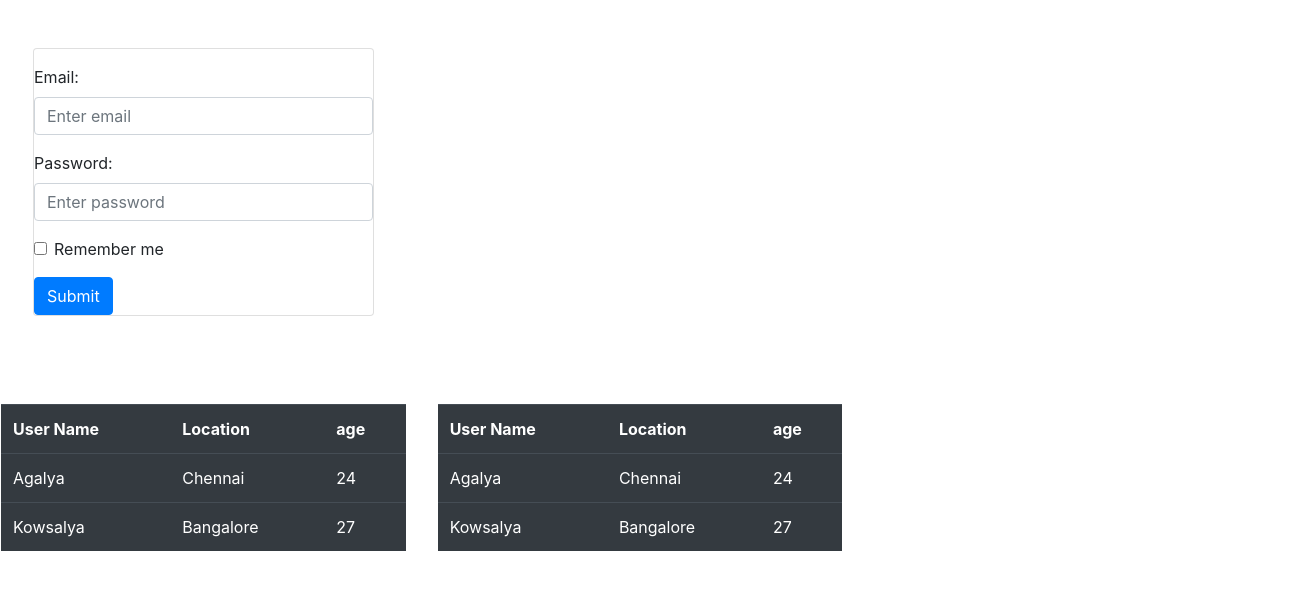
Repository: rajeshkannane/java1
Page: Form/public/index.html
These files come from the project's save history. The page is drawn as it stood at one moment and after the next save; the edit follows.
The browser window is 1280 px wide. The page is 1295 px wide, then 1292 px, so the pictures cover 1295 px, including what lies to the right of the window. The pictures show the whole page.

Above is the page before, as saved 2022-11-14 17:23:12.

### Form/public/index.html
<!DOCTYPE html>
<html>
<head>
            <meta charset="UTF-8">
            <title>Form Demo</title>
            <link rel="stylesheet" href="https://stackpath.bootstrapcdn.com/bootstrap/4.3.1/css/bootstrap.min.css" integrity="sha384-ggOyR0iXCbMQv3Xipma34MD+dH/1fQ784/j6cY/iJTQUOhcWr7x9JvoRxT2MZw1T" crossorigin="anonymous">
        </head>


<body>
<div class="row" >
<div class="col-sm-4 p-5" style="border-width:10; border-radius:10; border-color:gray" >
<div class="card">
<form action="/nextPages.html">
  <div class="mb-3 mt-3">
    <label for="email" class="form-label">Email:</label>
    <input type="email" class="form-control" id="email" placeholder="Enter email" name="email">
  </div>
  <div class="mb-3">
    <label for="pwd" class="form-label">Password:</label>
    <input type="password" class="form-control" id="pwd" placeholder="Enter password" name="pswd">
  </div>
  <div class="form-check mb-3">
    <label class="form-check-label">
      <input class="form-check-input" type="checkbox" name="remember"> Remember me
    </label>
  </div>
  <button type="submit" class="btn btn-primary">Submit</button>
</form>
</div>
</div>
</div>

<br>
<div class="row">
<div class="col-sm-4 p-3" >
<table class="table table-dark" style="text-align:1%">
  <tr>
    <th>User Name</th>
    <th>Location</th>
    <th>age</th>
  </tr>
  <tr>
    <td>Agalya</td>
    <td>Chennai</td>
    <td>24</td>
  </tr>
  <tr>
    <td>Kowsalya</td>
    <td>Bangalore</td>
    <td>27</td>
  </tr>
    </table>
    </div>
    <div class="col-sm-4 p-3" >
<table class="table table-dark" style="text-align:1%">
  <tr>
    <th>User Name</th>
    <th>Location</th>
    <th>age</th>
  </tr>
  <tr>
    <td>Agalya</td>
    <td>Chennai</td>
    <td>24</td>
  </tr>
  <tr>
    <td>Kowsalya</td>
    <td>Bangalore</td>
    <td>27</td>
  </tr>
    </table>
    </div>
    </div>
</body>
</html>

After the next save:
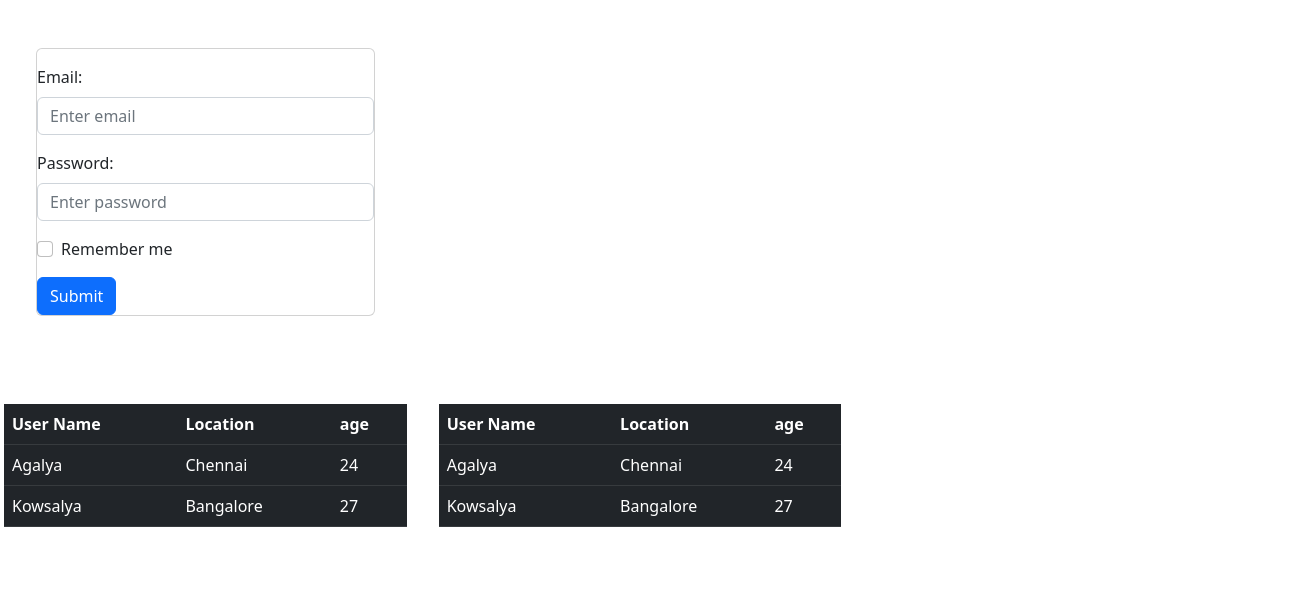
Saved 6 min 51 s later.
--- a/Form/public/index.html
+++ b/Form/public/index.html
@@ -3,7 +3,7 @@
 <head>
             <meta charset="UTF-8">
             <title>Form Demo</title>
-            <link rel="stylesheet" href="https://stackpath.bootstrapcdn.com/bootstrap/4.3.1/css/bootstrap.min.css" integrity="sha384-ggOyR0iXCbMQv3Xipma34MD+dH/1fQ784/j6cY/iJTQUOhcWr7x9JvoRxT2MZw1T" crossorigin="anonymous">
+            <link href="https://cdn.jsdelivr.net/npm/bootstrap@5.2.2/dist/css/bootstrap.min.css" rel="stylesheet">
         </head>
 
 
